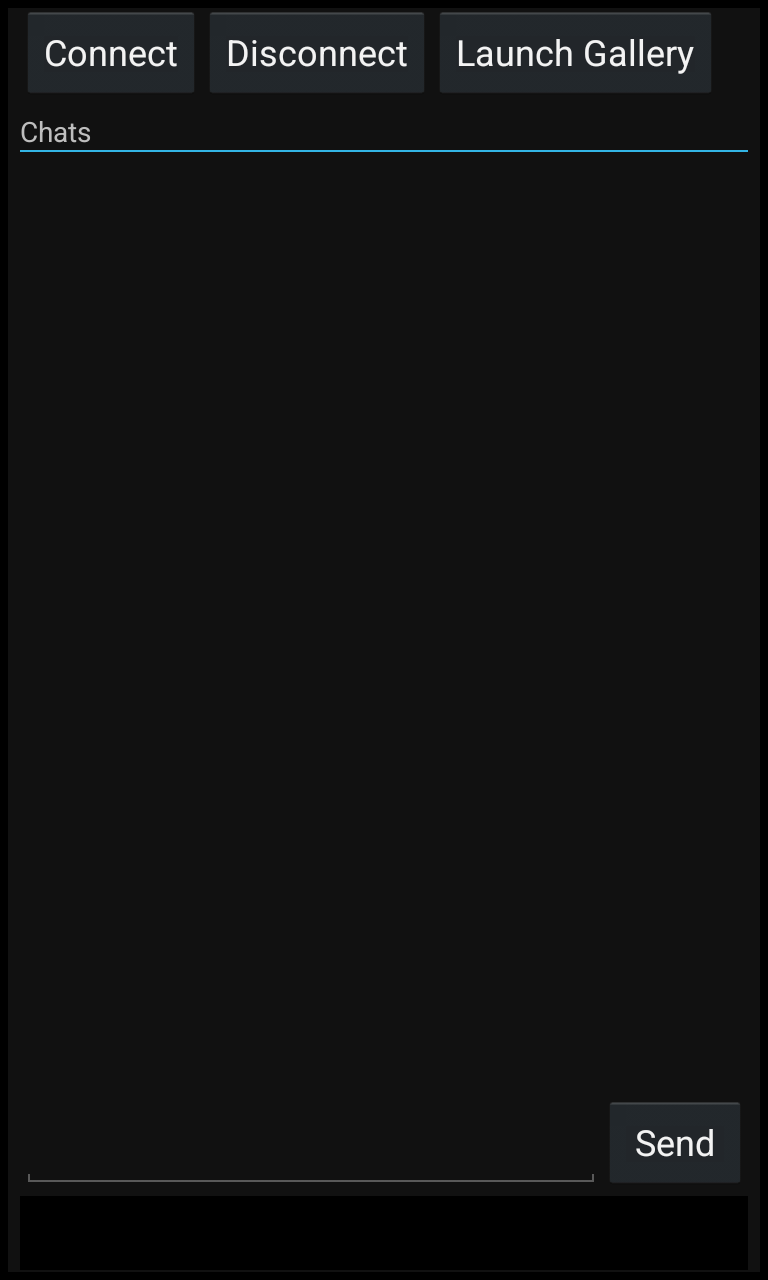
Repository: flyingbuffalo/AndroidTest
Layout: WiFiDirectDemo/res/layout/device_detail.xml
An editor plug-in stored every save of this project. The layout is shown before and after the next save, followed by the edit.
It is drawn on a 768 x 1280 px phone screen (xhdpi) without system bars, with theme android:Theme.Holo; the app's code is not run. Lists and similar views that code fills are empty.

Above is the layout before, as saved 2014-08-05 13:41:15.

After the next save:
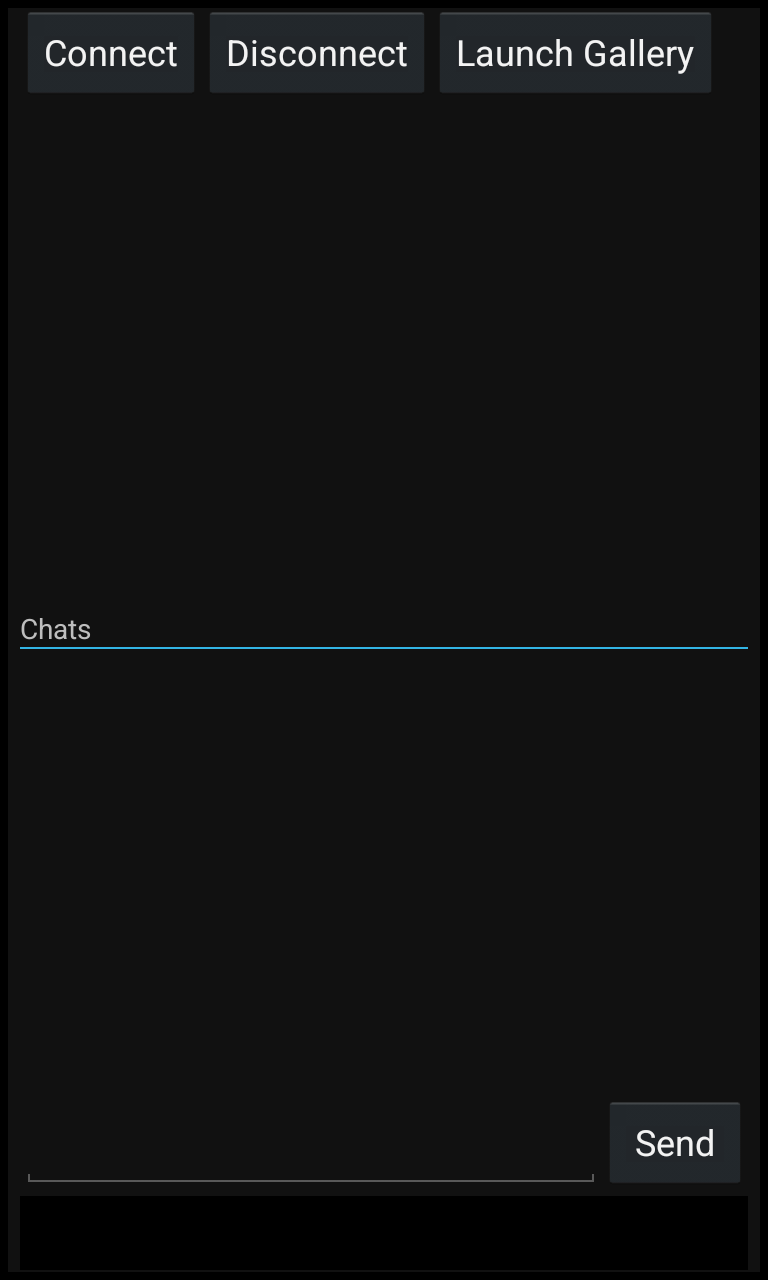
Saved 27 s later.
--- a/WiFiDirectDemo/res/layout/device_detail.xml
+++ b/WiFiDirectDemo/res/layout/device_detail.xml
@@ -39,7 +39,10 @@
         </LinearLayout>
 
         <ScrollView
-            >
+            android:layout_width="match_parent"
+            android:layout_height="0dp"
+            android:layout_weight="1"
+            android:layout_marginTop="6dp">
 	        <LinearLayout
 	            android:orientation="vertical"
 	            android:layout_width="match_parent"
